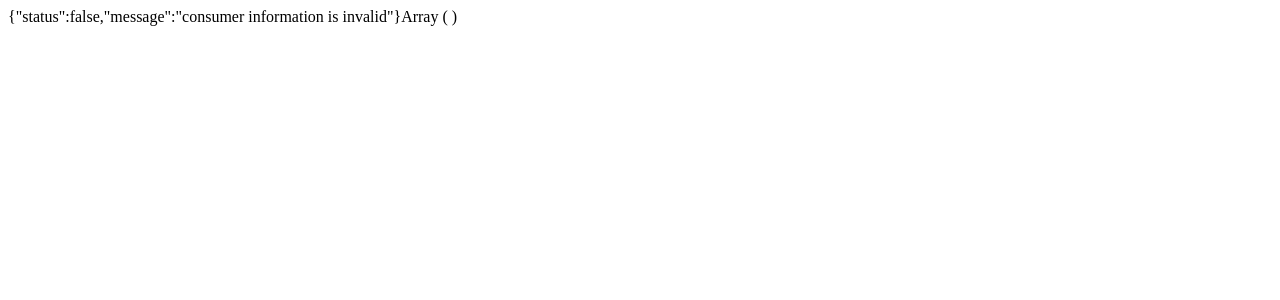
Repository: seyicoded/lumg_custom
Page: http://localhost/auth/create-customer.php
These files come from the project's save history. The page is drawn as it stood at one moment and after the next save; the edit follows.
The browser window is 1280 px wide. The pictures show the whole page.
The page is run by PHP 8.4 with error messages shown; the project is at /var/www/html/.

Above is the page before, as saved 2022-01-28 14:54:26.

### auth/create-customer.php
<?php
    // just simple auth
    require '../config/index.php';
    $config = new config();
    $con = $config->database();

    include '../security.php';
    if(!$auth){
        print_r($_REQUEST);
        die('');
        return '';
    }

    // echo mysqli_num_rows(mysqli_query($con, "SELECT * FROM wpdc_users"));
    $to = "opadonuseyi01@gmail.com";
    $subject = "HTML email";

    $message = "
    <html>
    <head>
    <title>HTML email</title>
    </head>
    <body>
    <p>This email contains HTML Tags!</p>
    <table>
    <tr>
    <th>Firstname</th>
    <th>Lastname</th>
    </tr>
    <tr>
    <td>John</td>
    <td>Doe</td>
    </tr>
    </table>
    </body>
    </html>
    ";

    // Always set content-type when sending HTML email
    $headers = "MIME-Version: 1.0" . "\r\n";
    $headers .= "Content-type:text/html;charset=UTF-8" . "\r\n";

    // More headers
    $headers .= 'From: <no-reply@lumigrowgroup.com>' . "\r\n";

    if(!mail($to,$subject,$message,$headers)){
        echo 'not sent';
    }

?>

### config/index.php
<?php
    class config{
        public static $DB_HOST = 'localhost';
        public static $DB_USERNAME = 'lumigrm_custom';
        public static $DB_PASSWORD = 'Welcome1$$$$';
        public static $DB_DATABASE = 'lumigrm_wp606';
        public static $DB_PORT = 'localhost';

        public function database(){
            return ( mysqli_connect(self::$DB_HOST, self::$DB_USERNAME, self::$DB_PASSWORD, self::$DB_DATABASE));
        }
    }

?>

### security.php
<?php

    $auth = false;

    if( !isset($_REQUEST['consumer_key']) || !isset($_REQUEST['consumer_secret']) ){
        con_err('Location:consumer_error.php');
    }else{
        $consumer_key = $_REQUEST['consumer_key'];
        $consumer_secret = $_REQUEST['consumer_secret'];

        if($consumer_key != 'ck_b2c5927c3fea3a23cf914e01bf804e752e0c0db4' || $consumer_secret != 'cs_49b054091a69141a09f042b56ad40bb467205dd5'){
            con_err('Location:consumer_error.php');
        }else{
            $auth = true;
        }
    }

    function con_err($dt){
        print(json_encode(
            [
                'status' => false,
                'message' => 'consumer information is invalid'
            ]
        ));
        return json_encode(
            [
                'status' => false,
                'message' => 'consumer information is invalid'
            ]
        );

        die(json_encode(
            [
                'status' => false,
                'message' => 'consumer information is invalid'
            ]
        ));
    }
?>

After the next save:
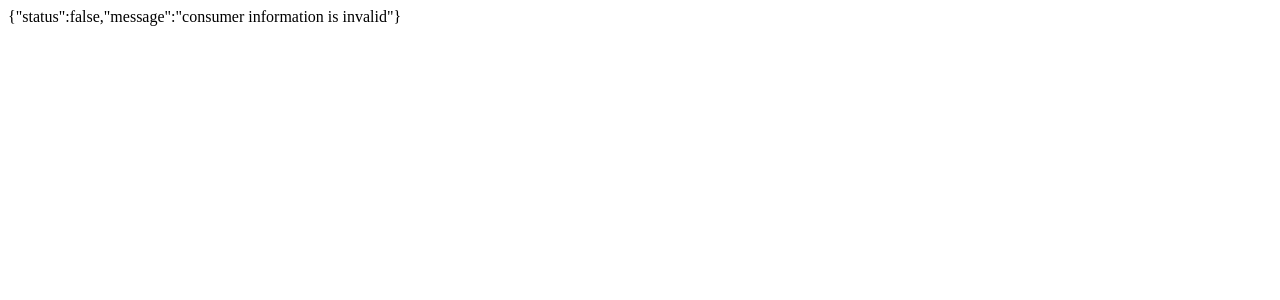
Saved 3 min 34 s later.
--- a/auth/create-customer.php
+++ b/auth/create-customer.php
@@ -6,7 +6,7 @@
 
     include '../security.php';
     if(!$auth){
-        print_r($_REQUEST);
+        // print_r($_REQUEST);
         die('');
         return '';
     }

After the save that followed:
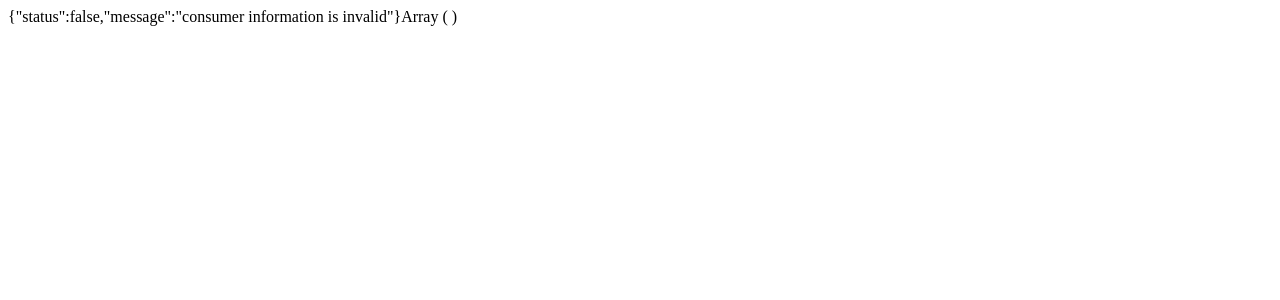
Saved 45 s later.
--- a/auth/create-customer.php
+++ b/auth/create-customer.php
@@ -6,7 +6,7 @@
 
     include '../security.php';
     if(!$auth){
-        // print_r($_REQUEST);
+        print_r($_POST);
         die('');
         return '';
     }
